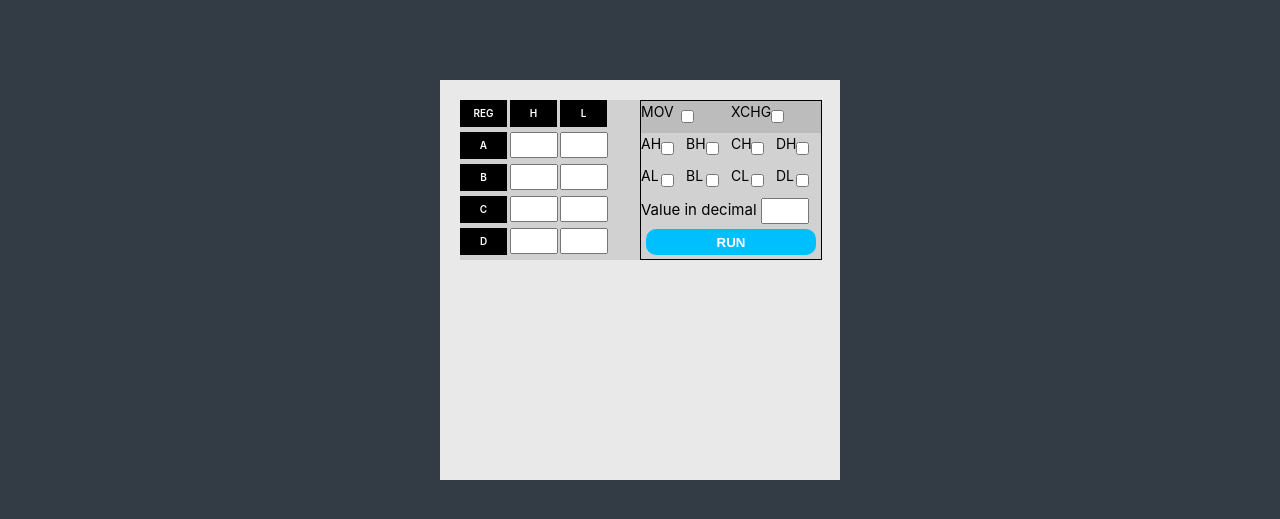
Repository: piookr-wsei/8086
Page: /
An editor plug-in stored every save of this project. The page is shown before and after the next save, followed by the edit.
The browser window is 1280 px wide. The pictures show the whole page.
The project was rebuilt for these pictures with package versions that can differ from the ones it lists, and the page was loaded fresh each time.

Above is the page before, as saved 2022-06-18 21:56:12.

### src/App.js
import React from 'react';
import { useState } from 'react';
import './App.css';
import { RegDesc, RegInput, RegWrapper, UiWindow, UiWrapper, SettingsWrapper, Labels, CheckWrapper, OpBox, LineWrap, NumDesc, RegChWrapper, Run } from './Components/Components.elements';


function App() {

  const xchg="xchg";
  const mov="mov"

  const [movChecked, setMovChecked] = useState(false);

  const [xchgChecked, setXchgChecked] = useState(false);

  const [opChosen,setOpChosen] = useState(null)

  function HandleCheck(name){
    if(name=="mov"){
      setMovChecked(!movChecked)
      setXchgChecked(false)
    }
    else if(name=="xchg"){
      setXchgChecked(!xchgChecked)
      setMovChecked(false)

    }
    setOpChosen(name)
  }

function OpChange(){
  return(
    <>
    <Labels  style={{background: "rgba(0,0,0,0.1)"}}>
      <CheckWrapper>
        MOV
        <OpBox type="checkbox"  checked={movChecked} onClick={() => HandleCheck(mov)} id="MOV"/>
      </CheckWrapper>
      <CheckWrapper style={{position:"relative", left:"10px"}}>
        XCHG
        <OpBox type="checkbox" checked={xchgChecked} onChange={() => HandleCheck(xchg)} id="XCHG" name="XCHG"/>
      </CheckWrapper>
    </Labels>
    </>
    )
  }







  return (
    <div className="App">
      <UiWindow>
        <UiWrapper>
          <RegWrapper>
            <RegDesc textContent={"REG"}/>  <RegDesc textContent={"H"}/>  <RegDesc textContent={"L"}/>

            <RegDesc textContent={"A"}/>  <RegInput maxLength={2}/> <RegInput maxLength={2}/>
            <RegDesc textContent={"B"}/>  <RegInput maxLength={2}/> <RegInput maxLength={2}/>
            <RegDesc textContent={"C"} />  <RegInput maxLength={2}/> <RegInput maxLength={2}/>
            <RegDesc textContent={"D"}/>  <RegInput maxLength={2}/> <RegInput maxLength={2}/>
          </RegWrapper>

          <SettingsWrapper>

              <OpChange/>

              <RegChWrapper>
                <CheckWrapper>
                  AH<OpBox type="checkbox"/>
                </CheckWrapper>
                <CheckWrapper>
                  BH<OpBox type="checkbox"/>
                </CheckWrapper>
                <CheckWrapper>
                  CH<OpBox type="checkbox"/>
                </CheckWrapper>
                <CheckWrapper>
                  DH<OpBox type="checkbox"/>
                </CheckWrapper>
                <CheckWrapper>
                  AL<OpBox type="checkbox"/>
                </CheckWrapper>
                <CheckWrapper>
                  BL<OpBox type="checkbox"/>
                </CheckWrapper>
                <CheckWrapper>
                  CL<OpBox type="checkbox"/>
                </CheckWrapper>
                <CheckWrapper>
                  DL<OpBox type="checkbox"/>
                </CheckWrapper>
              </RegChWrapper>

              <LineWrap>
              <NumDesc textContent={"Value in decimal"}/>  <RegInput maxLength={3} style={{width:"40px"}}/>
              </LineWrap>
              <Run>RUN</Run>
          </SettingsWrapper>



        </UiWrapper>
      </UiWindow>

    </div>
  );
}

export default App;

### src/App.css
body{
  height: 100%;
  background: rgba(1, 10, 22, 0.8);
}
.App {

}

.App-logo {
  height: 40vmin;
  pointer-events: none;
}

@media (prefers-reduced-motion: no-preference) {
  .App-logo {
    animation: App-logo-spin infinite 20s linear;
  }
}

.App-header {
  background-color: #282c34;
  min-height: 100vh;
  display: flex;
  flex-direction: column;
  align-items: center;
  justify-content: center;
  font-size: calc(10px + 2vmin);
  color: white;
}

.App-link {
  color: #61dafb;
}

@keyframes App-logo-spin {
  from {
    transform: rotate(0deg);
  }
  to {
    transform: rotate(360deg);
  }
}

### src/Components/Components.elements.js
import styled from "styled-components";

export const UiWindow = styled.div`
    height: 400px;
    width: 400px;
    background: rgb(233,233,233);
    position: relative;
    margin: auto;
    top: 80px;
`

export const UiWrapper = styled.div`
    border: 20px solid transparent;
    display: grid;
    grid-template-columns: 1fr 1fr;
`

export const RegWrapper = styled.div`
    width: 180px;
    background: rgba(0,0,0,0.1);
    position: relative;
    left: 0;
    display: grid;
    grid-template-columns: 50px 50px 50px;
`

export const RegInput = styled.input`
    height: 20px;
    width: 40px;
    margin-bottom:5px;
    text-align: center;
`

export const SettingsWrapper = styled.div`
    width: 180px;
    background: rgba(0,0,0,0.1);
    position: relative;
    right: 0;
    display: grid;
    grid-template-columns: 180px;
    border: solid 1px black;
    font-size: 14px;
    line-height: 22px;
    grid-template-rows: 32px 64px repeat(auto-fit, 32px);
`

export const RegDescSC = styled.div`
    height: 27px;
    width: 47px;
    background: black;
    margin-bottom:5px;
    color: white;
    font-weight: 600;
`

export const DescText = styled.p`
    font-size: 10px;
    text-align: center;
    position: relative;
    top: -3px;
`

export function RegDesc(props){
    return(
        <RegDescSC>
            <DescText>{props.textContent}</DescText>
        </RegDescSC>
    )
}

export const Labels = styled.div`
    display: grid;
    grid-template-columns: 80px 80px;
`

export const CheckWrapper = styled.div`

    min-width: 30px;
    max-width: 65px;
    height: 25px;
    display: flex;
    justify-content: space-between;
`

export const OpBox = styled.input`
    vertical-align: "middle";
    position: relative;
    top: 3px;
    left: -9px;
`

export const LineWrap = styled.div`
    width: 180px;
    display: flex;
    align-items: center;
`

export const NumSC = styled.div`
    width: 120px;
    text-align: left !important;
`

export function NumDesc(props){
    return(
        <NumSC>
            <DescText style={{textAlign: "left", fontSize:"15px"}}>{props.textContent}</DescText>
        </NumSC>
    )
}

export const RegChWrapper = styled.div`
width: 180px;
display: grid;
grid-template-columns: 45px 45px 45px 45px ;
`

export const Run = styled.button`
width: 170px;
border-radius: 10px;
border:transparent 4px;
background-color: #00bfff;
margin: 0px auto 4px auto;
font-weight: 700;
color: white;
cursor: pointer;
`

Loaded but not shown: public/index.html (common file); src/index.js (common file); src/index.css (common file); src/reportWebVitals.js (common file)

After the next save:
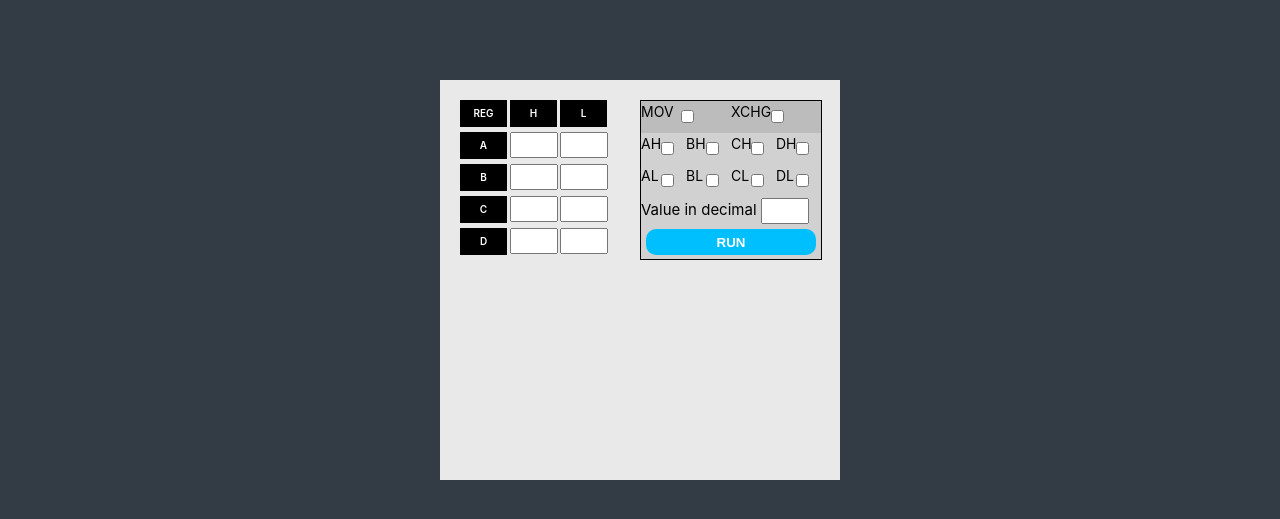
Saved 7 s later.
--- a/src/Components/Components.elements.js
+++ b/src/Components/Components.elements.js
@@ -17,7 +17,7 @@ export const UiWrapper = styled.div`
 
 export const RegWrapper = styled.div`
     width: 180px;
-    background: rgba(0,0,0,0.1);
+    //background: rgba(0,0,0,0.1);
     position: relative;
     left: 0;
     display: grid;
